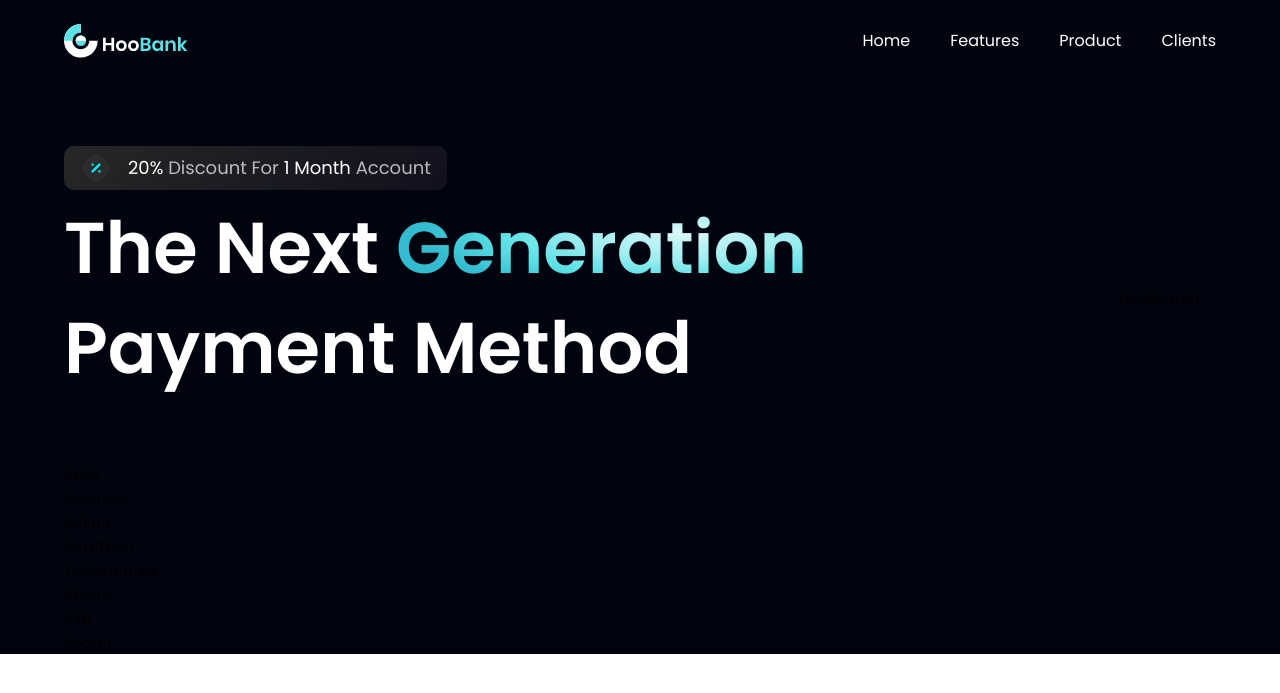
Repository: Carlito-Pedida/modern-app
Page: /
The author's editor kept a copy of each file at every save. The page is drawn from the files as they stood at one save, then again after the next save.
The browser window is 1280 px wide. The pictures show the whole page.
The project was rebuilt for these pictures with package versions that can differ from the ones it lists, and the page was loaded fresh each time. Also part of the build but not shown: vite.config.js.

Above is the page before, as saved 2024-11-16 07:33:06.

After the next save:
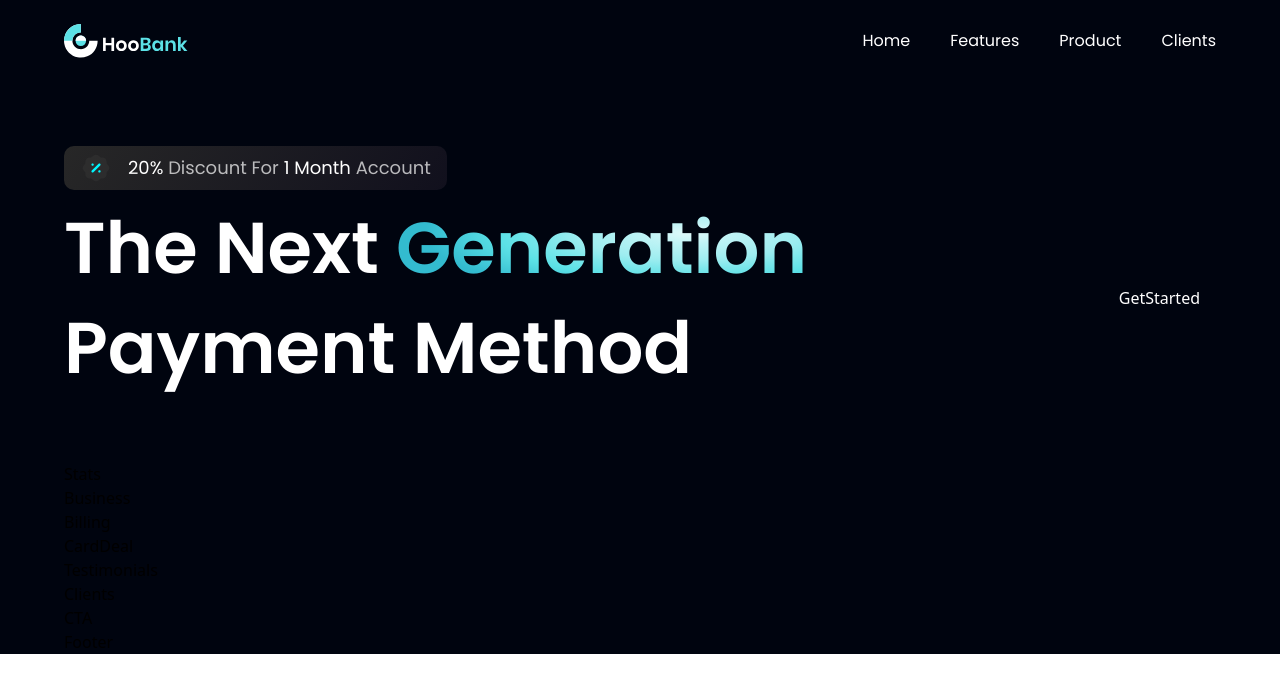
Saved 19 s later.
--- a/src/components/GetStarted.jsx
+++ b/src/components/GetStarted.jsx
@@ -2,7 +2,7 @@
 import { arrowUp } from "../assets"
 
 const GetStarted = () => (
-    <div>GetStarted</div>
+    <div className="text-white">GetStarted</div>
   )
 
 
